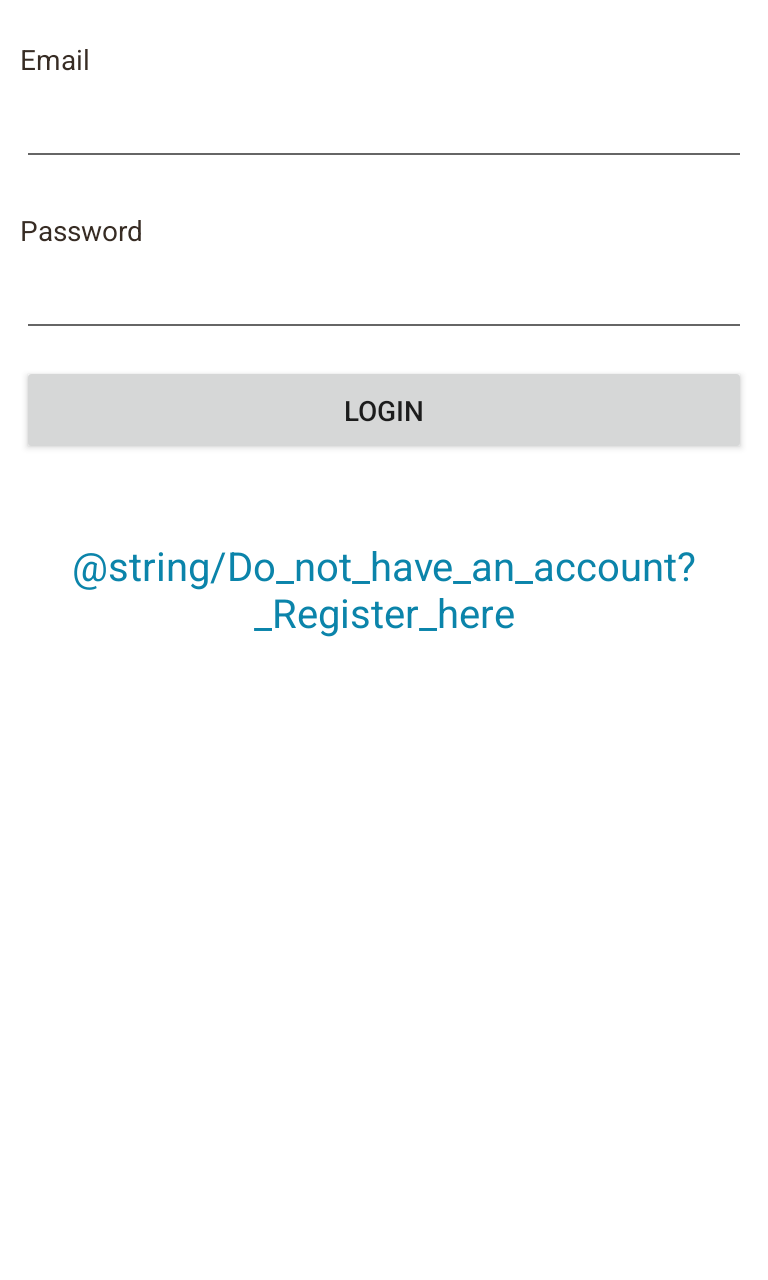
Repository: norseapp/norseapp.github.io
Layout: AndroidProjects/MyFirstAndroidProject/MyFirstAndroidProject/res/layout/login.xml
These files come from the project's save history. The layout is drawn as it stood at one moment and after a run of saves; the edit follows.
It is drawn on a 768 x 1280 px phone screen (xhdpi) without system bars, with theme AppTheme; the app's code is not run.

Above is the layout before, as saved 2014-11-20 21:49:33.

### AndroidProjects/MyFirstAndroidProject/MyFirstAndroidProject/res/layout/login.xml

<ScrollView
  xmlns:android="http://schemas.android.com/apk/res/android"
  xmlns:tools="http://schemas.android.com/tools"
  android:layout_width="fill_parent"
  android:layout_height="fill_parent"
  android:fillViewport="true">

<RelativeLayout

    android:layout_width="fill_parent"
    android:layout_height="wrap_content" android:background="#ffffff">
    <!--  Header  Starts-->
    <LinearLayout
                android:id="@+id/header"
                android:layout_width="fill_parent"
                android:layout_height="wrap_content"
                android:background="@layout/header_gradient"
                android:orientation="vertical"
                android:paddingTop="5dip"
                android:paddingBottom="5dip">

      </LinearLayout>
        <!--  Header Ends -->

        <!-- Footer Start -->
       <LinearLayout
                android:id="@+id/footer"
                android:layout_width="fill_parent"
                android:layout_height="90dip"
                android:background="@layout/footer_repeat"
                android:orientation="vertical"
                android:layout_alignParentBottom="true">
        </LinearLayout>
        <!-- Footer Ends -->

        <!-- Login Form -->
        <LinearLayout
          android:orientation="vertical"
          android:layout_width="match_parent"
          android:layout_height="wrap_content"
          android:padding="10dip"
          android:layout_below="@id/header">
          <!--  Email Label -->
          <TextView android:layout_width="fill_parent"
                android:layout_height="wrap_content"
                android:textColor="#372c24"
                android:text="@string/Email"/>

          <EditText
                android:layout_width="fill_parent"
                android:layout_height="wrap_content"
                android:layout_marginTop="5dip"
                android:layout_marginBottom="20dip"
                android:singleLine="true"/>
          <!--  Password Label -->
          <TextView android:layout_width="fill_parent"
                android:layout_height="wrap_content"
                android:textColor="#372c24"
                android:text="@string/Password"/>
          <EditText
                android:layout_width="fill_parent"
                android:layout_height="wrap_content"
                android:layout_marginTop="5dip"
                android:singleLine="true"
                android:password="true"/>
          <!-- Login button -->
          <Button android:id="@+id/btnLogin"
                android:layout_width="fill_parent"
                android:layout_height="wrap_content"
                android:layout_marginTop="10dip"
                android:text="@string/Login"/>
          <!-- Link to Registration Screen -->
          <TextView android:id="@+id/link_to_register"
                android:layout_width="fill_parent"
                android:layout_height="wrap_content"
                android:layout_marginTop="40dip"
                android:layout_marginBottom="40dip"
                android:text="@string/Do_not_have_an_account?_Register_here"
                android:gravity="center"
                android:textSize="20sp"
                android:textColor="#0b84aa"/>

        </LinearLayout>
        <!-- Login Form Ends -->

</RelativeLayout>
</ScrollView>

### AndroidProjects/MyFirstAndroidProject/MyFirstAndroidProject/res/values/strings.xml
<?xml version="1.0" encoding="utf-8"?>
<resources>

    <string name="app_name">MyFirstAndroidProject</string>
    <string name="hello_world">Hello world!</string>
    <string name="action_settings">Settings</string>
    <string name="Add_New_Todo">Add New Todo</string>
    <string name="title_activity_all_todo">AllTodoActivity</string>
    <string name="title_activity_new_todo">NewTodoActivity</string>
    <string name="due_Time">Due Time</string>
    <string name="due_Date">Due Date</string>
    <string name="Todo_Name">Todo Name</string>
    <string name="Location">Location</string>
    <string name="Create_Todo">Create Todo</string>
    <string name="title_activity_edit_todo">EditTodoActivity</string>
    <string name="Save_Changes">Save Todo</string>
    <string name="Delete">Delete Todo</string>
    <string name="viewTodo">View List</string>
    <string name="title_activity_login">Login</string>
    <string name="Email">Email</string>
    <string name="Password">Password</string>
    <string name="Login">Login</string>
    <string name="Do_not_have_an_account?_Register_here">Do not have an account? Register here</string>


</resources>

Loaded but not shown: AndroidProjects/MyFirstAndroidProject/MyFirstAndroidProject/res/values/styles.xml (common file); AndroidProjects/MyFirstAndroidProject/MyFirstAndroidProject/res/values-v11/styles.xml (common file); AndroidProjects/MyFirstAndroidProject/MyFirstAndroidProject/res/values-v14/styles.xml (common file); AndroidProjects/MyFirstAndroidProject/MyFirstAndroidProject/res/layout/header_gradient.xml (common file); AndroidProjects/MyFirstAndroidProject/MyFirstAndroidProject/res/layout/footer_repeat.xml (common file)

After the next 3 saves:
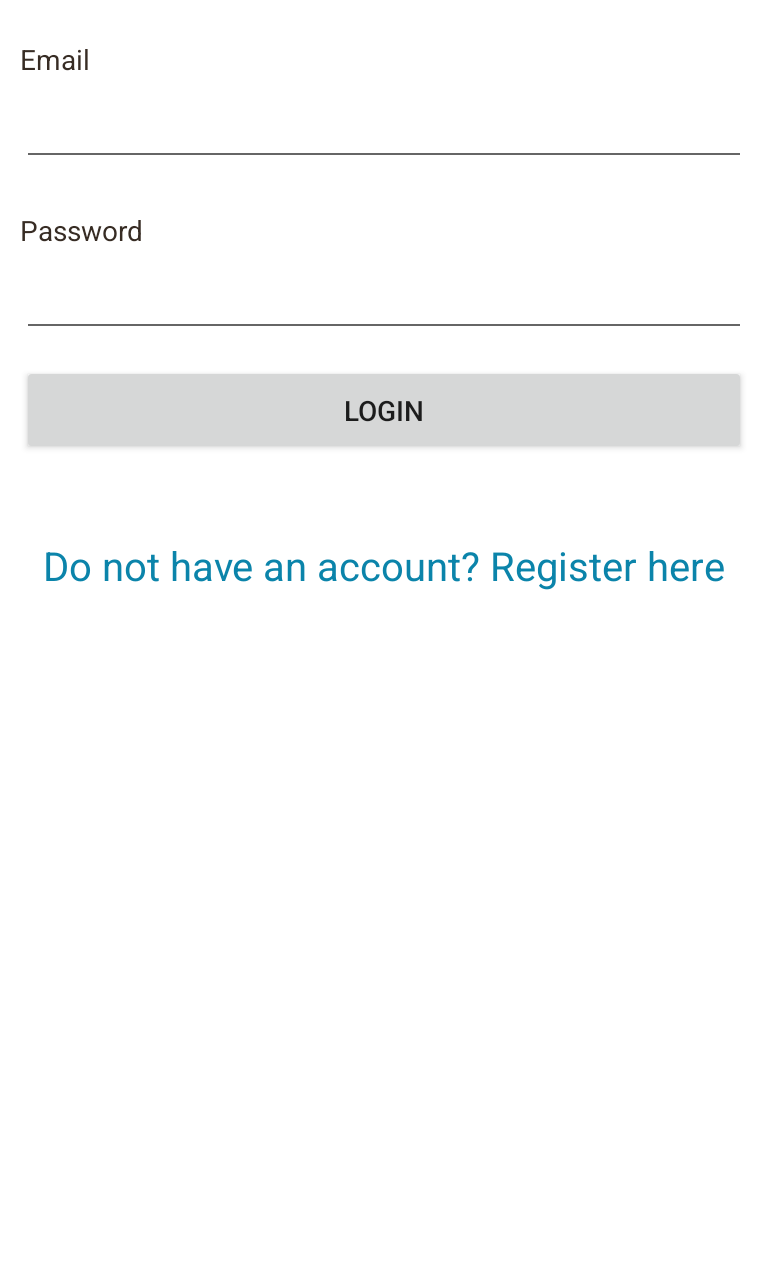
The 3 saves are shown as one change because 2 did not build or start.
The last was saved 4 min 34 s later.
--- a/AndroidProjects/MyFirstAndroidProject/MyFirstAndroidProject/res/layout/login.xml
+++ b/AndroidProjects/MyFirstAndroidProject/MyFirstAndroidProject/res/layout/login.xml
@@ -71,12 +71,13 @@
                 android:layout_marginTop="10dip"
                 android:text="@string/Login"/>
           <!-- Link to Registration Screen -->
-          <TextView android:id="@+id/link_to_register"
+          <TextView
+                android:id="@+id/link_to_register"
                 android:layout_width="fill_parent"
                 android:layout_height="wrap_content"
                 android:layout_marginTop="40dip"
                 android:layout_marginBottom="40dip"
-                android:text="@string/Do_not_have_an_account?_Register_here"
+                android:text="@string/Do_not_have_an_account_Register_here"
                 android:gravity="center"
                 android:textSize="20sp"
                 android:textColor="#0b84aa"/>
--- a/AndroidProjects/MyFirstAndroidProject/MyFirstAndroidProject/res/values/strings.xml
+++ b/AndroidProjects/MyFirstAndroidProject/MyFirstAndroidProject/res/values/strings.xml
@@ -20,7 +20,7 @@
     <string name="Email">Email</string>
     <string name="Password">Password</string>
     <string name="Login">Login</string>
-    <string name="Do_not_have_an_account?_Register_here">Do not have an account? Register here</string>
+    <string name="Do_not_have_an_account_Register_here">Do not have an account? Register here</string>
 
 
 </resources>
